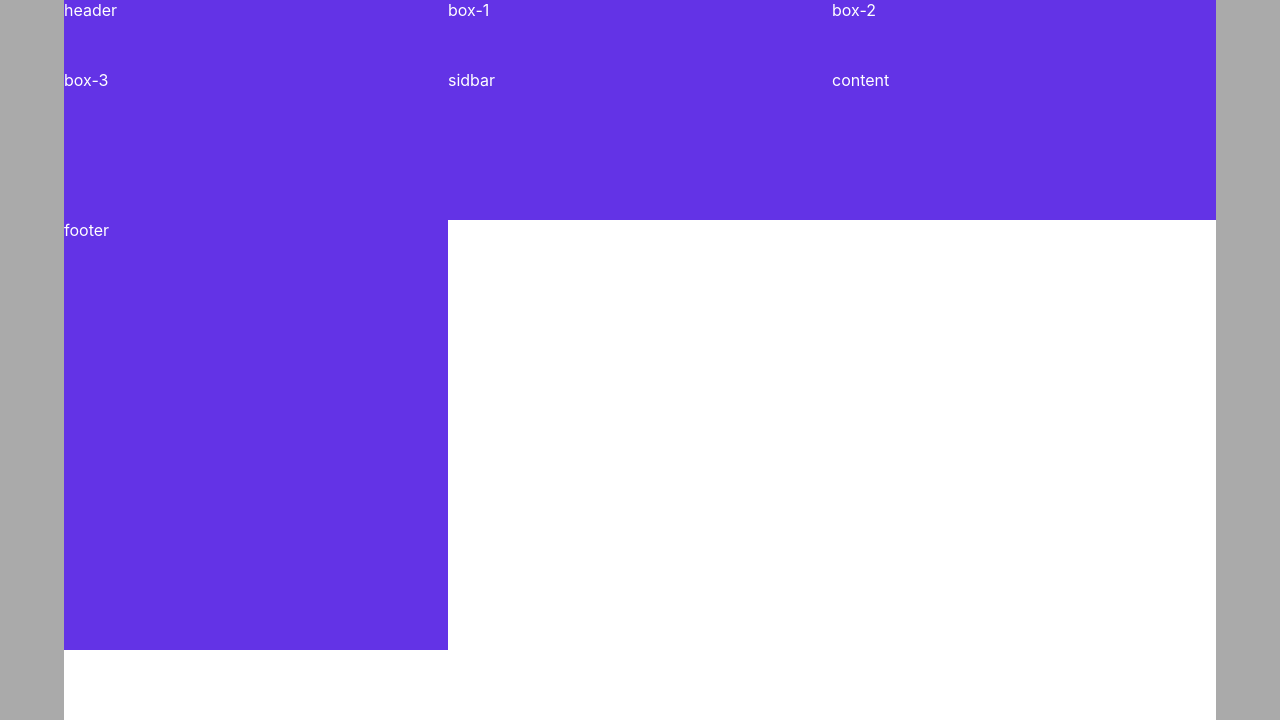
Repository: SD-Mdouka/project_step
Page: /
An editor plug-in stored every save of this project. The page is shown before and after the next save, followed by the edit.
The browser window is 1280 px wide. The pictures show the whole page.
The project was rebuilt for these pictures with package versions that can differ from the ones it lists, and the page was loaded fresh each time.

Above is the page before, as saved 2022-09-07 12:46:24.

After the next save:
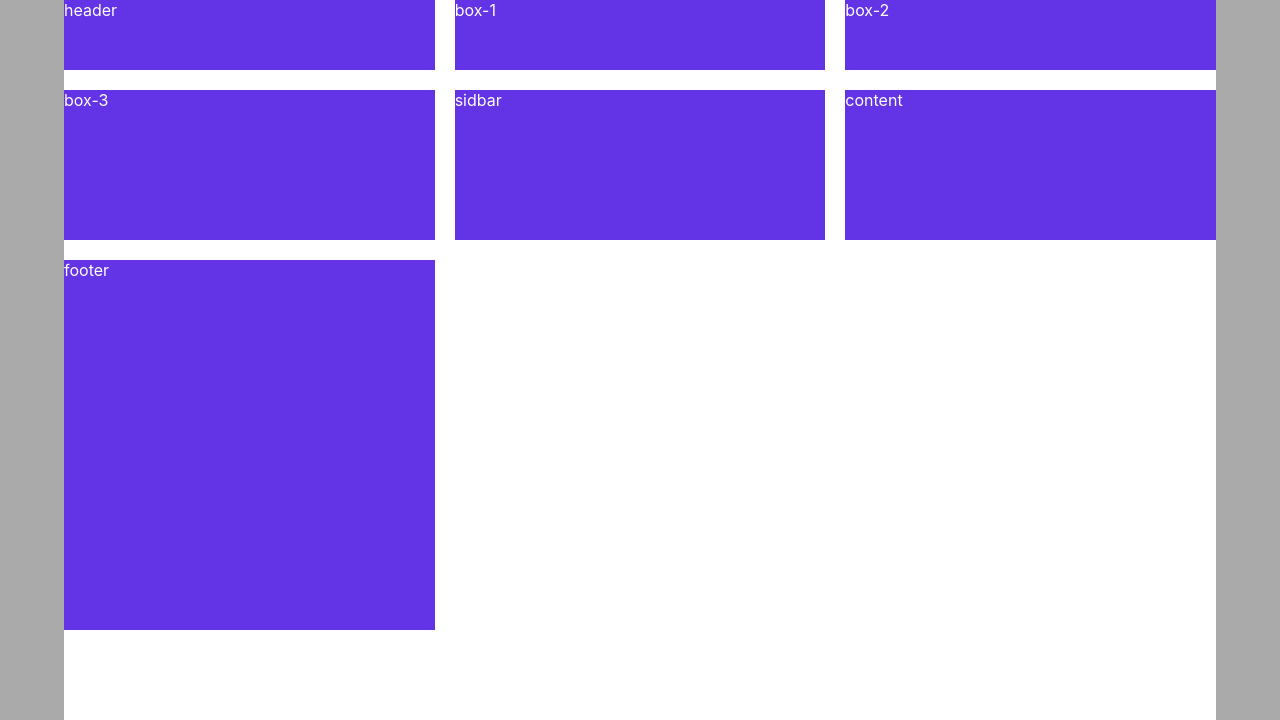
Saved 41 s later.
--- a/src/style-grid.css
+++ b/src/style-grid.css
@@ -6,6 +6,7 @@
     display: grid;
     grid-template-columns: repeat(3, 1fr);
     grid-template-rows: 70px 150px 1fr 70px;
+    grid-gap: 20px;
 }
 
 .container>* {
